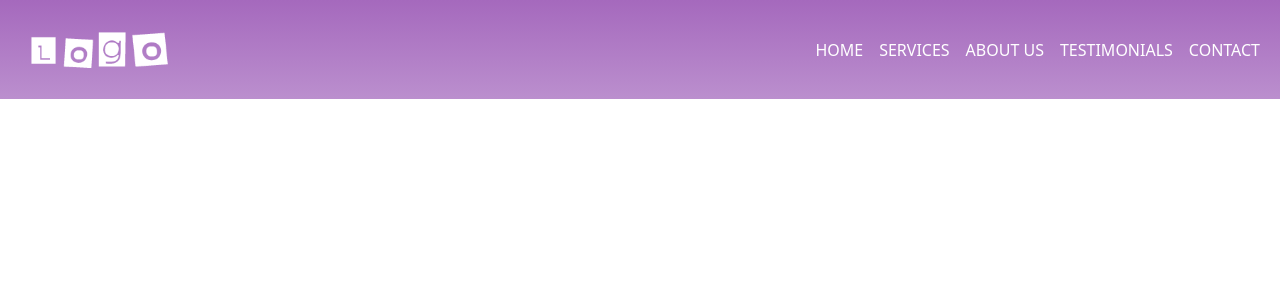
Repository: wadelfadill/Bootstrap_tache_2_website_design
Page: index.html
These files come from the project's save history. The page is drawn as it stood at one moment and after the next save; the edit follows.
The browser window is 1280 px wide. The pictures show the whole page.

Above is the page before, as saved 2023-04-04 17:56:00.

### index.html
<!DOCTYPE html>
<html lang="en">
<head>
    <meta charset="UTF-8">
    <meta http-equiv="X-UA-Compatible" content="IE=edge">
    <meta name="viewport" content="width=device-width, initial-scale=1.0">
    <!-- bootstrap css link -->
    <link href="https://cdn.jsdelivr.net/npm/bootstrap@5.1.3/dist/css/bootstrap.min.css" rel="stylesheet" integrity="sha384-1BmE4kWBq78iYhFldvKuhfTAU6auU8tT94WrHftjDbrCEXSU1oBoqyl2QvZ6jIW3" crossorigin="anonymous">
    <!-- css sheet link -->
    <link rel="stylesheet" href="style.css">
    <!-- fontawsome link -->
    <link rel="stylesheet" href="https://cdn.jsdelivr.net/npm/@fortawesome/fontawesome-free@6.2.1/css/fontawesome.min.css">
    <title>bootstrap_website_design</title>
</head>
<body>
    <section id="nav-bar" class="sticky-top t-0">
        <nav class="navbar navbar-expand-lg navbar-light">
            <div class="container-fluid">
              <a class="navbar-brand" href="#"><img src="images/demo-logo.png" alt="" class="w-75 h-75 p-3"></a>
              <button class="navbar-toggler" type="button" data-bs-toggle="collapse" data-bs-target="#navbarSupportedContent" aria-controls="navbarSupportedContent" aria-expanded="false" aria-label="Toggle navigation">
                <span class="navbar-toggler-icon"></span>
              </button>
              <div class="collapse navbar-collapse justify-content-end" id="navbarSupportedContent">
                <ul class="navbar-nav ms-auto mb-2 mb-lg-0">
                  <li class="nav-item">
                    <a class="nav-link active text-white" aria-current="page" href="#">HOME</a>
                  </li>
                  <li class="nav-item">
                    <a class="nav-link text-white" href="#">SERVICES</a>
                  </li>
                  <li class="nav-item">
                    <a class="nav-link text-white" href="#">ABOUT US</a>
                  </li>
                  <li class="nav-item">
                    <a class="nav-link text-white" href="#">TESTIMONIALS</a>
                  </li>
                  <li class="nav-item">
                    <a class="nav-link text-white" href="#">CONTACT</a>
                  </li>
                </ul>
              </div>
            </div>
          </nav>
    </section>

        <!-- bootstrap js link -->
    <script src="https://cdn.jsdelivr.net/npm/bootstrap@5.1.3/dist/js/bootstrap.bundle.min.js" integrity="sha384-ka7Sk0Gln4gmtz2MlQnikT1wXgYsOg+OMhuP+IlRH9sENBO0LRn5q+8nbTov4+1p" crossorigin="anonymous"></script>
</body>
</html>

### style.css
*{
    margin: 0;
    padding: 0;
}
#nav-bar{
    background-image: linear-gradient(#A569BD, #BB8FCE);
}

After the next save:
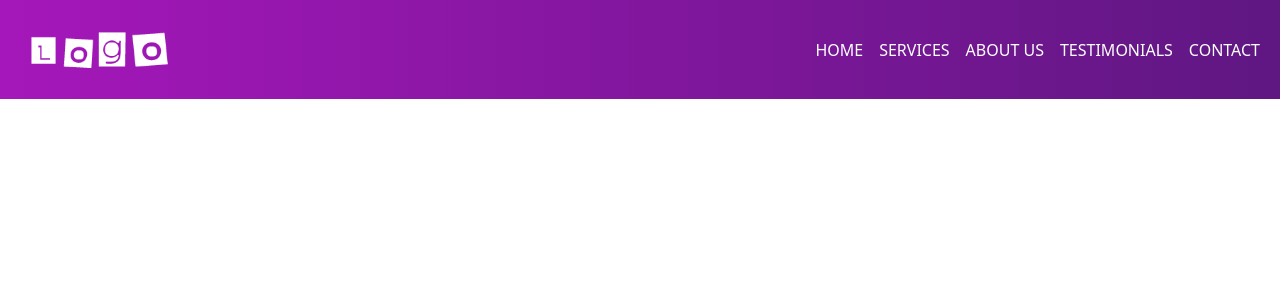
Saved 118 s later.
--- a/style.css
+++ b/style.css
@@ -2,6 +2,6 @@
     margin: 0;
     padding: 0;
 }
-#nav-bar{
-    background-image: linear-gradient(#A569BD, #BB8FCE);
+.navbar{
+    background-image: linear-gradient(to right, #a517ba, #5f1782);
 }
